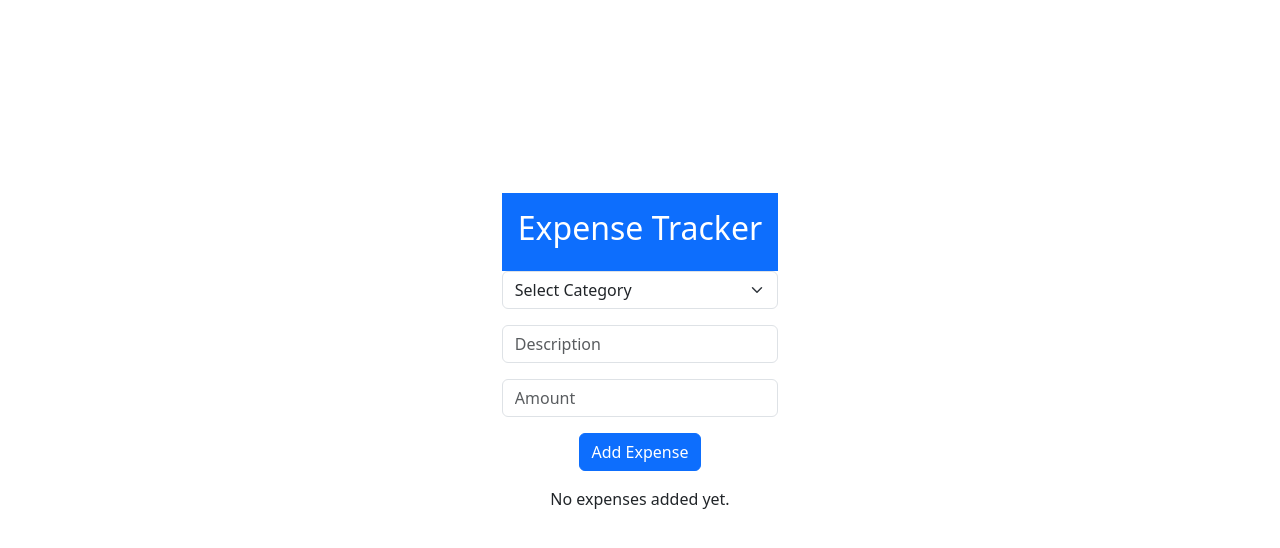
Repository: JuniorDevChris/ExpenseTracker
Page: / (app in frontend/)
The author's editor kept a copy of each file at every save. The page is drawn from the files as they stood at one save, then again after the next save.
The browser window is 1280 px wide. The pictures show the whole page.
The project was rebuilt for these pictures with package versions that can differ from the ones it lists, and the page was loaded fresh each time. Also part of the build but not shown: frontend/vite.config.js.

Above is the page before, as saved 2024-07-07 17:23:51.

### frontend/src/main.jsx
import 'bootstrap/dist/css/bootstrap.min.css';
import React from 'react';
import ReactDOM from 'react-dom/client';
import App from './App';
import './index.css';

ReactDOM.createRoot(document.getElementById('root')).render(
  <React.StrictMode>
    <App />
  </React.StrictMode>
);

### frontend/src/App.jsx
import React, { useState } from 'react';
import Header from './components/Header';
import ExpenseForm from './components/ExpenseForm';
import ExpenseList from './components/ExpenseList';
import './App.css';

function App() {
  const [expenses, setExpenses] = useState([]);

  const addExpense = (expense) => {
    setExpenses([...expenses, { ...expense, id: Date.now() }]);
  };

  const deleteExpense = (id) => {
    setExpenses(expenses.filter((expense) => expense.id !== id));
  };

  return (
    <div className="App container">
      <Header />
      <ExpenseForm addExpense={addExpense} />
      <ExpenseList expenses={expenses} deleteExpense={deleteExpense} />
    </div>
  );
}

export default App;

### frontend/src/components/Header.jsx
import React from 'react';

const Header = () => {
  return (
    <header className="bg-primary text-white p-3">
      <h2>Expense Tracker</h2>
    </header>
  );
};

export default Header;

### frontend/src/components/ExpenseForm.jsx
import React, { useState } from 'react';

const ExpenseForm = ({ addExpense }) => {
  const [description, setDescription] = useState('');
  const [amount, setAmount] = useState('');
  const [category, setCategory] = useState('');

  const handleSubmit = (e) => {
    e.preventDefault();
    addExpense({ description, amount: parseFloat(amount), category });
    setDescription('');
    setAmount('');
    setCategory('');
  };

  return (
    <form onSubmit={handleSubmit} className="mb-3">
        <div className="mb-3">
        <select
          className="form-select"
          value={category}
          onChange={(e) => setCategory(e.target.value)}
          required
        >
          <option value="" disabled>Select Category</option>
          <option value="Groceries">Groceries</option>
          <option value="Utilities">Utilities</option>
          <option value="Entertainment">Entertainment</option>
        </select>
      </div>
      <div className="mb-3">
        <input
          type="text"
          className="form-control"
          placeholder="Description"
          value={description}
          onChange={(e) => setDescription(e.target.value)}
          required
        />
      </div>
      <div className="mb-3">
        <input
          type="number"
          className="form-control"
          placeholder="Amount"
          value={amount}
          onChange={(e) => setAmount(e.target.value)}
          required
        />
      </div>
      <button type="submit" className="btn btn-primary">Add Expense</button>
    </form>
  );
};

export default ExpenseForm;

### frontend/src/components/ExpenseList.jsx
import React from 'react';

const ExpenseList = ({ expenses, deleteExpense }) => {
  if (expenses.length === 0) {
    return <p className="text-center">No expenses added yet.</p>;
  }

  return (
    <table className="table table-bordered">
      <thead>
        <tr>
          <th>Category</th>
          <th>Description</th>
          <th>Amount</th>
          <th></th>
        </tr>
      </thead>
      <tbody>
        {expenses.map((expense) => (
          <tr key={expense.id}>
            <td>{expense.category}</td>
            <td>{expense.description}</td>
            <td>${expense.amount.toFixed(2)}</td>
            <td>
              <button
                className="btn btn-outline-danger"
                onClick={() => deleteExpense(expense.id)}
              >
                Delete
              </button>
            </td>
          </tr>
        ))}
      </tbody>
      <tfoot>
        <tr>
          <td>Total</td>
          <td></td>
          <td>
            $
            {expenses
              .reduce((acc, expense) => acc + parseFloat(expense.amount), 0)
              .toFixed(2)}
          </td>
          <td></td>
        </tr>
      </tfoot>
    </table>
  );
};

export default ExpenseList;

Loaded but not shown: frontend/index.html (common file); frontend/src/index.css (common file); frontend/src/App.css (common file)

After the next save:
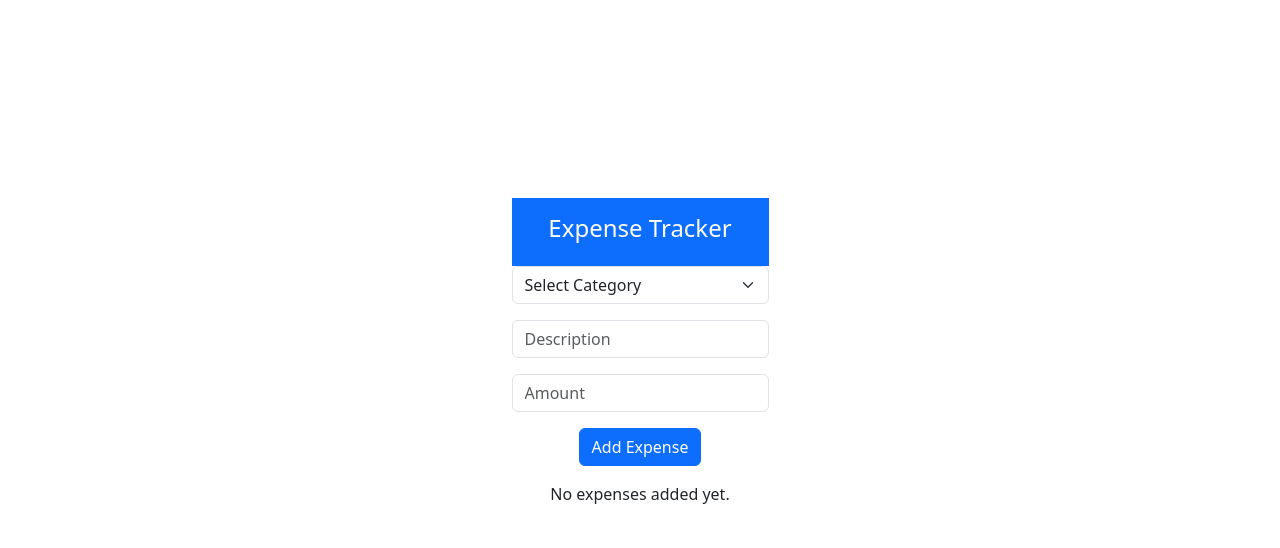
Saved 14 s later.
--- a/frontend/src/components/Header.jsx
+++ b/frontend/src/components/Header.jsx
@@ -3,7 +3,7 @@ import React from 'react';
 const Header = () => {
   return (
     <header className="bg-primary text-white p-3">
-      <h2>Expense Tracker</h2>
+      <h4>Expense Tracker</h4>
     </header>
   );
 };
